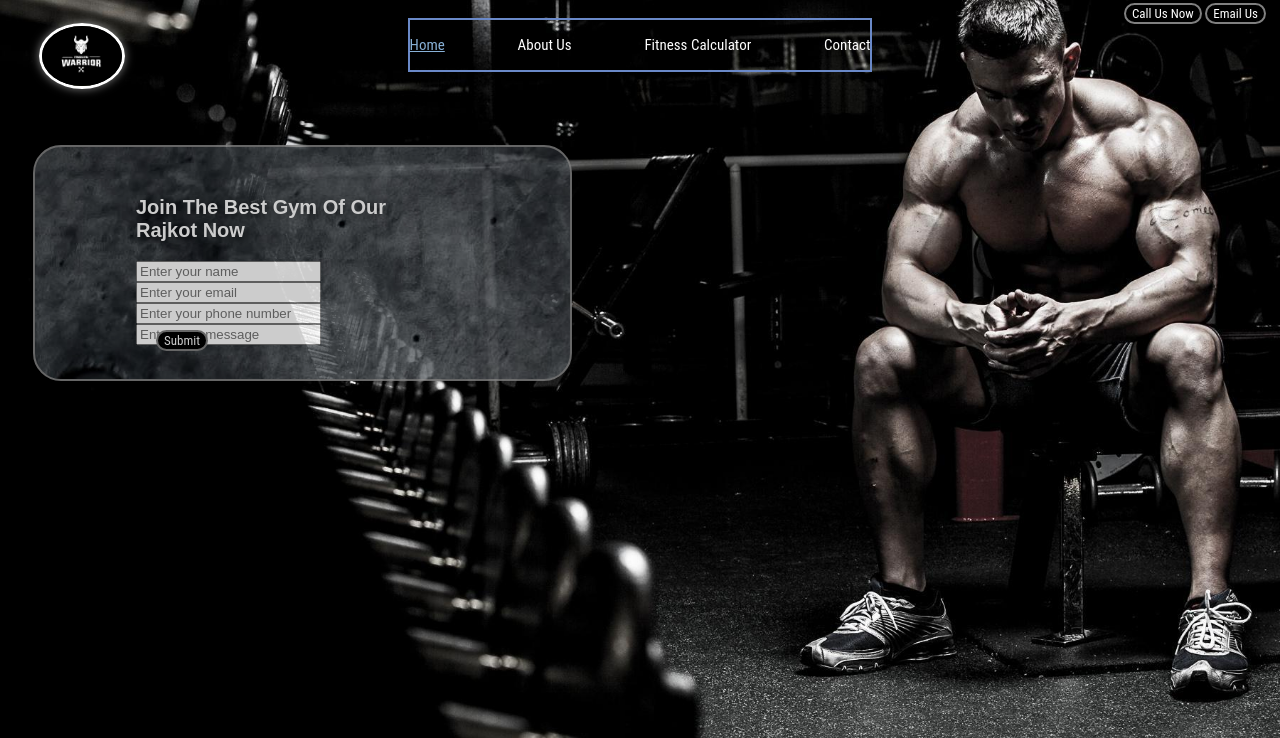
Repository: asthaasquare/project-1
Page: project-1/index.html
An editor plug-in stored every save of this project. The page is shown before and after the next save, followed by the edit.
The browser window is 1280 px wide. The pictures show the whole page.
Some web fonts or font styles are not loaded; a fallback is used.

Above is the page before, as saved 2024-05-10 09:50:29.

### project-1/index.html
  <!DOCTYPE html>
  <html lang="en">
  <head>
    <meta charset="UTF-8" />
    <meta name="viewport" content="width=device-width, initial-scale=1.0" />
    <title>Fit World</title>
    <link rel="preconnect" href="https://fonts.googleapis.com" />
    <link rel="preconnect" href="https://fonts.gstatic.com" crossorigin />
    <link href="https://fonts.googleapis.com/css2?family=Jersey+10&display=swap" rel="stylesheet" />
    <link rel="stylesheet" href="css/style.css" />
    <style>
      body {
        color: white;
        margin: 0;
        padding: 0;
        background-image: url("img/1087639.jpg");
        background-size: cover; /* This will make sure the image covers the entire background */
        background-position: center; /* This will center the image within the container */
        height: 100vh; /* This will set the height of the background to the viewport height */
        font-family: "Roboto Condensed", sans-serif;
        font-optical-sizing: auto;
      }

      .left {
        /* border: 2px double rgb(75, 62, 62); */
        display: inline-block;
        position: absolute;
        top: 0px;
        left: 34px;
        padding: 5px; /* Add some padding around the logo */
      }

      .left img {
        width: 80px;
        height: auto;
        border-radius: 50%;
        border: 3px solid white;
        box-shadow: 0 0 10px rgba(255, 255, 255, 0.5);
      }

      .left div {
        line-height: 0px;
      }

      .mid {
        margin: 18px auto;
        display: block;
        width: 36%;
        border: 2px double rgb(106, 137, 200);
      }

      .right {
        position: absolute;
        display: inline-block;
        /* border: 2px double rgb(100, 96, 222); */
        top: 0px;
        right: 34px;
      }

      .navbar {
        display: flex; /* Use flexbox for better alignment */
        justify-content: space-between; /* Distribute items evenly across the container */
        align-items: center; /* Center items vertically */
        padding: 0;
      }

      .navbar li {
        font-size: 15px;
        list-style: none; /* Remove default list styles */
        margin-right: 20px; /* Add some spacing between navbar items */
      }

      .navbar li a {
        color: white;
        text-decoration: none;
      }

      .navbar li a:hover,
      .navbar li a.active {
        text-decoration: underline;
        color: rgb(136, 177, 215);
      }

      .navbar li:last-child {
        margin-right: 0; /* Remove margin from the last navbar item */
      }

      .header {
        position: relative; /* Set position to relative to allow absolute positioning of child elements */
      }

      .container {
        border: 2px solid grey;
        margin: 73px 33px;
        padding: 101px;
        width: 26%;
        background-image: url(img/bg1.jpg);
        opacity: 80%;
        z-index: -1;
        height: 30px;
        border-radius: 28px;
      }

      .btn {
        margin: 0px 0px;
        color: white;
        background-color: black;
        position: relative;
        right: 22px;
        top: -15px;
        left: 20px;
        border: 2px solid grey;
        border-radius: 13px;
        font-size: 13px;
        cursor: pointer;
        transition: background-color 0.3s, border-color 0.3s;
        font-family: "Roboto Condensed", sans-serif;
      }

      .btn:hover {
        background-color: grey; /* Change background color on hover */
        border-color: black; /* Change border color on hover */
      }

      h1 {
        position: relative;
        top: -65px;
        color: white;
        font-size: 20px; /* Adjust the font size as needed */
        font-weight: bold; /* Optionally adjust the font weight */
        font-family: 'Poetsen One', sans-serif; /* Apply the Poetsen One font */
        text-shadow: 2px 2px 8px rgba(0, 0, 0, 0.5); /* Update the text shadow */
        width: 280px;
        padding: 0px;
      }

      .form{
        position: relative;
        bottom: 60px;
      }

      .btn1{
        margin: 0px 0px;
        color: white;
        background-color: black;
        position: relative;
        right: 22px;
        top: -15px;
        left: 20px;
        border: 2px solid grey;
        border-radius: 13px;
        font-size: 13px;
        cursor: pointer;
        transition: background-color 0.3s, border-color 0.3s;
        font-family: "Roboto Condensed", sans-serif;

      }

      .btn1:hover {
        background-color: grey; /* Change background color on hover */
        border-color: black; /* Change border color on hover */
      }
    </style>
  </head>
  <body>
    <header class="header">
      <div class="left">
        <img src="img/logo.jpg" alt="Logo" />
      </div>
      <div class="mid">
        <ul class="navbar">
          <li><a href="#" class="active">Home</a></li>
          <li><a href="#">About Us</a></li>
          <li><a href="#">Fitness Calculator</a></li>
          <li><a href="#">Contact</a></li>
        </ul>
      </div>
      <div class="right">
        <button class="btn">Call Us Now</button>
        <button class="btn">Email Us</button>
      </div>
    </header>
    <div class="container">
      <h1>Join The Best Gym Of Our Rajkot Now</h1>

      <form action="noaction.php" class="form">

        <div class="form-group">
          <input type="text" name="name" placeholder="Enter your name">
        </div>
        <div class="form-group">
          <input type="text" name="email" placeholder="Enter your email">
        </div>
        <div class="form-group">
          <input type="text" name="phone" placeholder="Enter your phone number">
        </div>
        <div class="form-group">
          <input type="text" name="message" placeholder="Enter your message">
        </div>
        <button type="submit" class="btn1">Submit</button>
      </form>
    </div>
  </body>
  </html>

Loaded but not shown: project-1/css/style.css (no stored copy; drawn as an empty file)

After the next save:
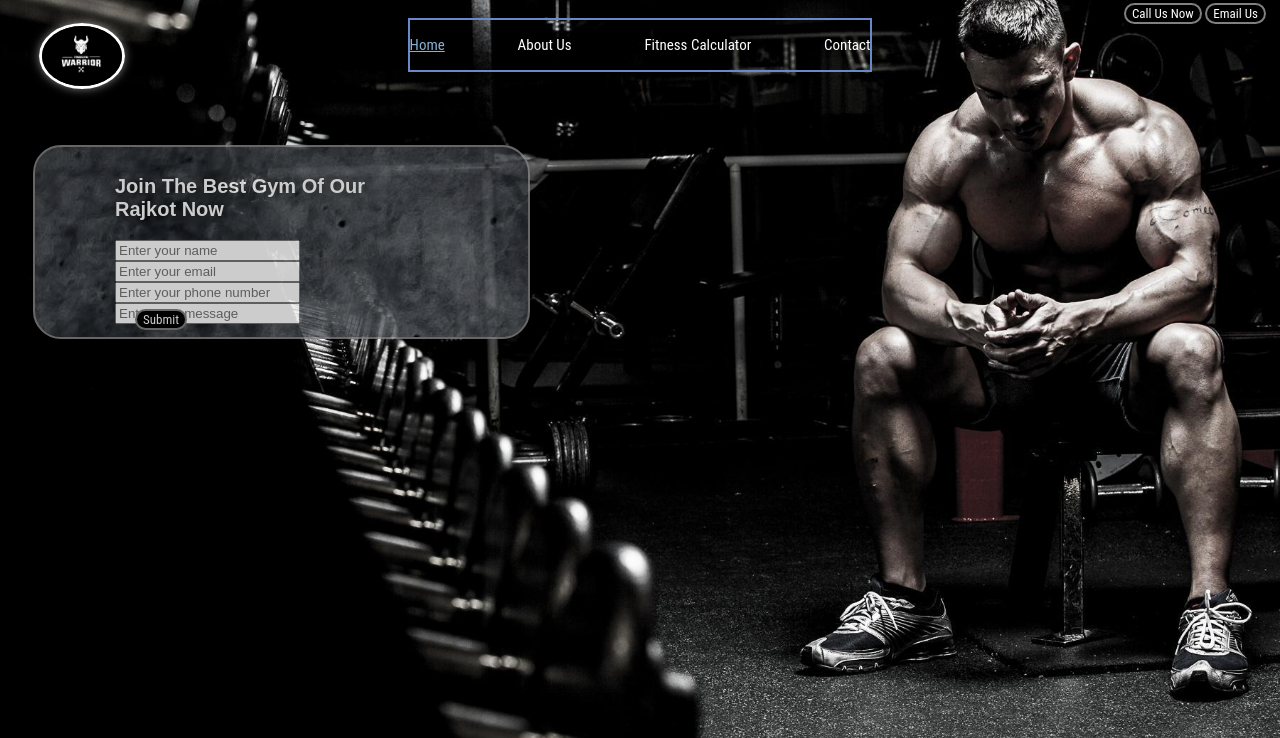
Saved 11 s later.
--- a/project-1/index.html
+++ b/project-1/index.html
@@ -92,7 +92,7 @@
       .container {
         border: 2px solid grey;
         margin: 73px 33px;
-        padding: 101px;
+        padding:80px;
         width: 26%;
         background-image: url(img/bg1.jpg);
         opacity: 80%;
